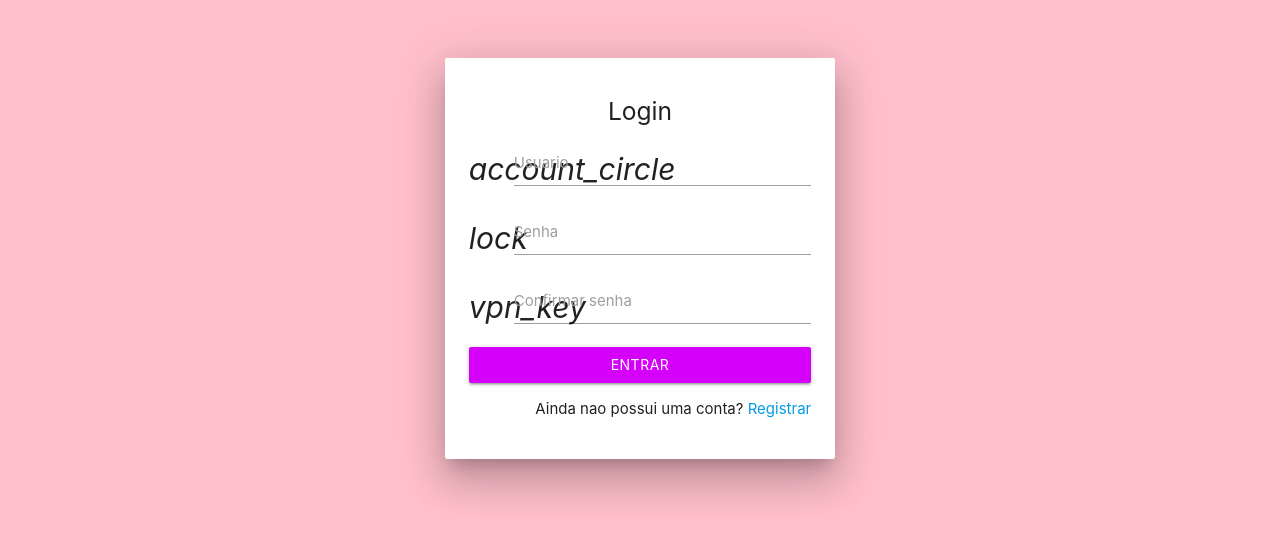
Repository: luizasilveira/TechWeb
Page: http://localhost/techWebP1/login.jsp
An editor plug-in stored every save of this project. The page is shown before and after the next save, followed by the edit.
The browser window is 1280 px wide. The pictures show the whole page.
The page is served by Tomcat 9.

Above is the page before, as saved 2019-09-10 12:45:03.

After the next save:
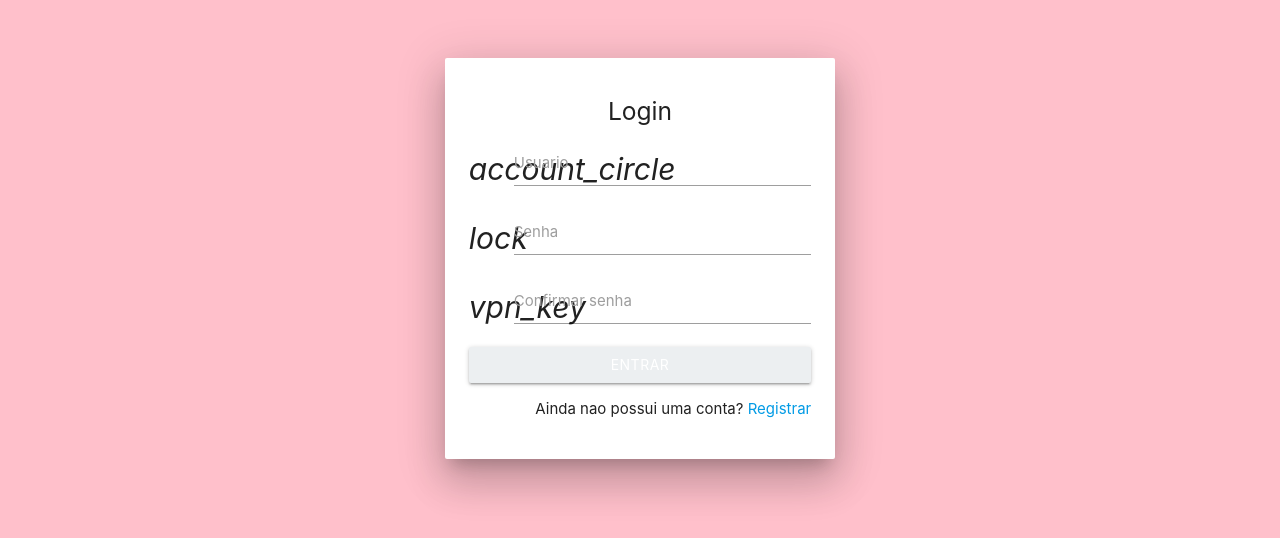
Saved 61 s later.
--- a/Projeto1/techWebP1/WebContent/login.jsp
+++ b/Projeto1/techWebP1/WebContent/login.jsp
@@ -56,7 +56,7 @@ background-color: pink;
 						</div>
 
 						<input type="submit" name="submit" value="Entrar"
-							class="btn left col s12 purple accent-3">
+							class="btn left col s12 blue-grey lighten-5">
 						<p class="right">
 							Ainda nao possui uma conta? <a href="#login"
 								class="modal-trigger">Registrar</a>
